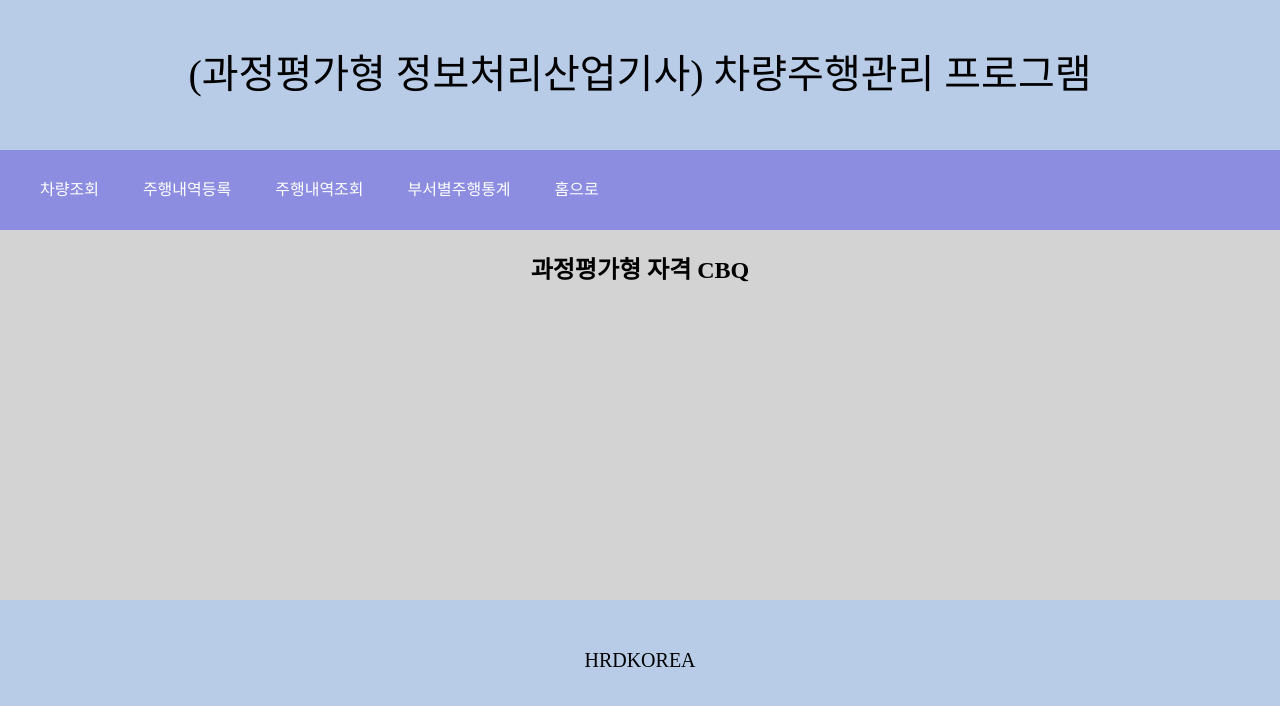
Repository: junhee97/-
Page: http://localhost/HRD_04/
An editor plug-in stored every save of this project. The page is shown before and after the next save, followed by the edit.
The browser window is 1280 px wide. The pictures show the whole page.
The page is served by Tomcat 9.

Above is the page before, as saved 2025-08-14 13:47:37.

After the next save:
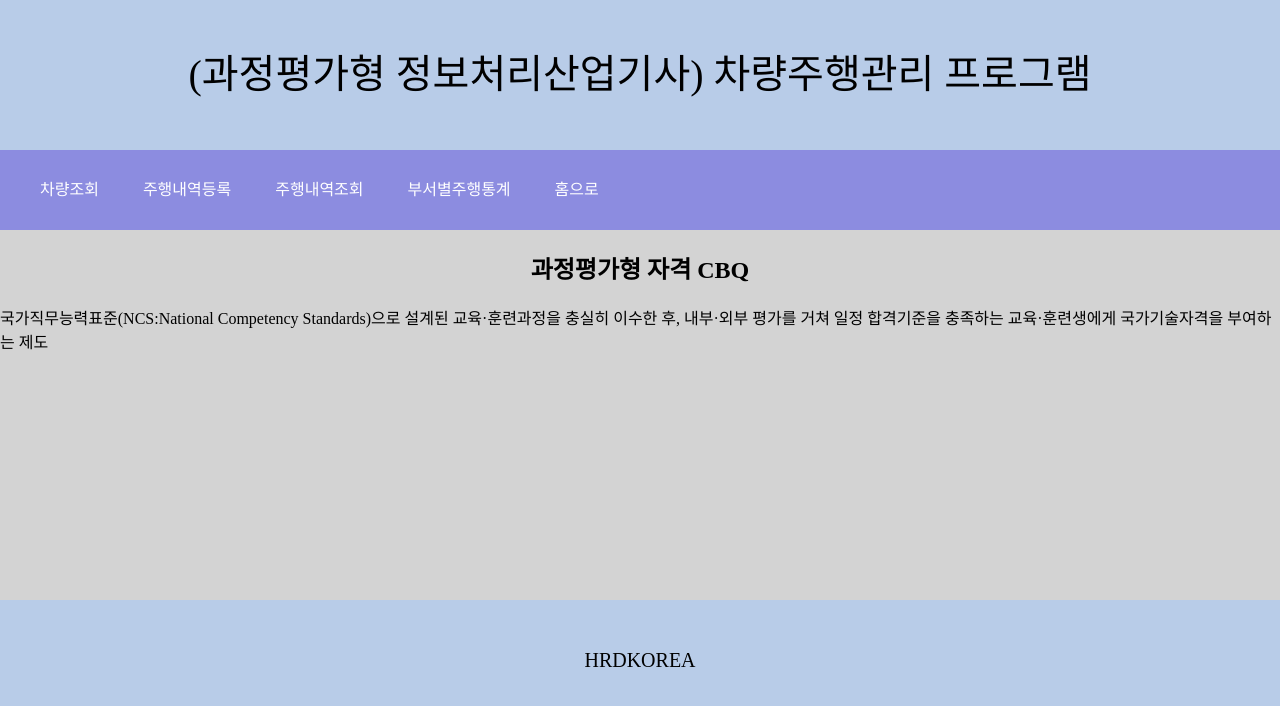
Saved 2 min 42 s later.
--- a/HRD_04/WebContent/index.jsp
+++ b/HRD_04/WebContent/index.jsp
@@ -12,6 +12,10 @@
 
 <section style="position: fixed; top: 230px; left: 0px; width: 100%; height: 100%; background-color: lightgray;">
 <h2 style="text-align: center;">과정평가형 자격 CBQ</h2>
+<p>
+	국가직무능력표준(NCS:National Competency Standards)으로 설계된 교육·훈련과정을 충실히 이수한 후, 내부·외부 평가를 거쳐 일정 합격기준을 충족하는
+	교육·훈련생에게 국가기술자격을 부여하는 제도
+</p>
 
 </section>
 
